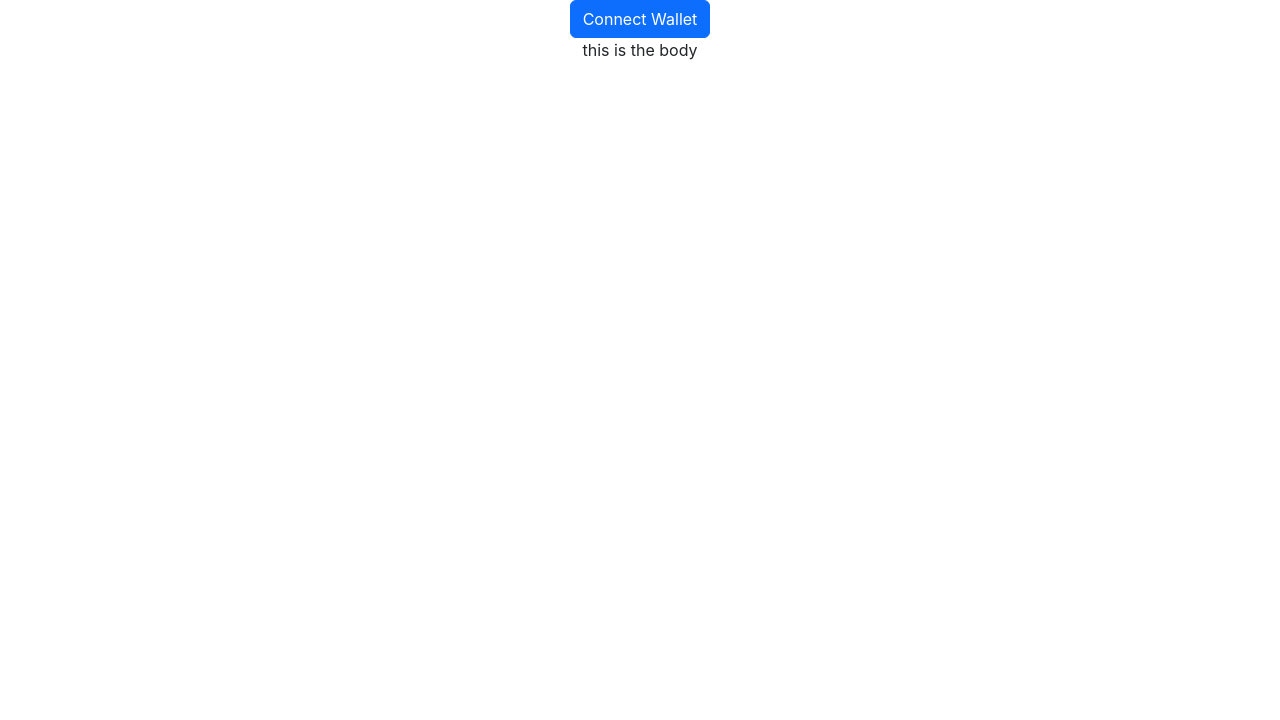
Repository: EyanIngles/AR
Page: /
The author's editor kept a copy of each file at every save. The page is drawn from the files as they stood at one save, then again after the next save.
The browser window is 1280 px wide. The pictures show the whole page.
The project was rebuilt for these pictures with package versions that can differ from the ones it lists, and the page was loaded fresh each time.

Above is the page before, as saved 2024-05-29 12:35:10.

### src/index.js
import React from 'react';
import ReactDOM from 'react-dom/client';
import 'bootstrap/dist/css/bootstrap.css'
import './index.css';
import App from './App';
import reportWebVitals from './reportWebVitals';
import { Provider } from 'react-redux'
import store from './store/store'

const root = ReactDOM.createRoot(document.getElementById('root'));
root.render(
  <Provider store={store}>
  <React.StrictMode>
    <App />
  </React.StrictMode>
  </Provider>
);

// If you want to start measuring performance in your app, pass a function
// to log results (for example: reportWebVitals(console.log))
// or send to an analytics endpoint. Learn more: https://bit.ly/CRA-vitals
reportWebVitals();

### src/App.js
import './App.css';
import { loadProvider, loadNetwork, loadAccount } from './store/reducers/interactions'
import { useDispatch, useSelector } from 'react-redux';
import { useState, useEffect } from 'react';
import { Button } from 'react-bootstrap'

function App() {
  // declaring dispatch
const dispatch = useDispatch();
const account = useSelector(state => state.provider.account)
const provider = useSelector(state => state.provider.connection)
const chainId = useSelector(state => state.provider.chainId)
// use State statments
const [loadingBlockchain, setLoadingBlockchain] = useState(false)

const loadBlockchain = async () => {
  if (loadBlockchain) {
    try{
      // changing the state of the loading statment to true as in it is loading.
      setLoadingBlockchain(true)
      // load provider
      loadProvider(dispatch)
      // load accounts
      await loadAccount(dispatch)
      // load chain id
      await loadNetwork(provider, dispatch)
      console.log('loading')
      console.log(chainId)
      // once all the blockchain has finished loading, set to loading blockchain to false
      setLoadingBlockchain(true)
    } catch (error) {
      console.log("error loading blockchain", error)
    }
  }
}
useEffect(() => {
  if(!loadingBlockchain || account == null) {
    try{
      loadBlockchain()
    } catch (error) {
      window.alert('error loading blockchain ', error)
    }
  }
},[loadingBlockchain, account])

  return (
    <div className="App">
      { !account == null ?(
      <>
        <Button onClick={loadBlockchain}>connect provider</Button>
        <header className="App-header">
        <h1 className='h1'>This is the header</h1>
        <h5>buttons here</h5>
        </header>
      </>
      ) : (
        <><Button onClick={loadBlockchain}>Connect Wallet</Button></>
      )}
      <div>
        <p>this is the body</p>
      </div>
    </div>
  );
}

export default App;

### src/store/store.js
import { configureStore } from "@reduxjs/toolkit";
import provider from './reducers/provider'

export default configureStore({
    reducer: {
        provider,
    },
    middleware: getDefaultMiddleware =>
    getDefaultMiddleware({
    serializableCheck: false
    })
})

### src/App.css
.App {
  text-align: center;
}

.App-logo {
  height: 40vmin;
  pointer-events: none;
}

@media (prefers-reduced-motion: no-preference) {
  .App-logo {
    animation: App-logo-spin infinite 20s linear;
  }
}

.App-header {
  background-color: #282c34;
  min-height: 100vh;
  display: flex;
  flex-direction: column;
  align-items: center;
  justify-content: center;
  font-size: calc(10px + 2vmin);
  color: white;
}

.App-link {
  color: #f2e47b;
}

@keyframes App-logo-spin {
  from {
    transform: rotate(0deg);
  }
  to {
    transform: rotate(360deg);
  }
}

### src/store/reducers/interactions.js
import React from 'react'
import { ethers } from 'ethers'
import { setProvider, setNetwork, setAccount } from '../reducers/provider'

// load provider
export const loadProvider = (dispatch) => {
    try{
        const provider = new ethers.BrowserProvider(window.ethereum)
        dispatch(setProvider(provider))
        return provider;
        } catch(err) {
            window.alert('provider unable to be located')
}}
// load account
export const loadNetwork = async (provider, dispatch) => {
    const chainId = await provider.getNetwork()
    dispatch(setNetwork(chainId))
    return chainId;
}
// load account
export const loadAccount = async (dispatch) => {
    //connecting to meta mask with a try and catch to catch an error if metamask if not installed
if(typeof window.ethereum !== 'undefined') {
    try{
        const accounts = await window.ethereum.request({ method: 'eth_requestAccounts' });
        const account = accounts[0];
        dispatch(setAccount(account));

        return account;
    } catch(err) {
        window.alert('Metamask unable to be located. Please install metamask and try again.')
        const deadAccount = ''
        dispatch(setAccount(deadAccount));
    }
}}

### src/store/reducers/provider.js
import { createSlice } from '@reduxjs/toolkit';

export const provider = createSlice({
    name: 'provider',
    initialState: {
        connection: null,
        chainId: null,
        account: null
    },
    reducers: {
        setProvider: (state, action) => {
            state.connection = action.payload
        },
        setNetwork: (state, action) => {
            state.chainId = action.payload
        },
        setAccount: (state, action) => {
            state.account = action.payload
        },
    }
})

export const { setNetwork, setAccount, setProvider } = provider.actions;

export default provider.reducer;

Loaded but not shown: public/index.html (common file); src/index.css (common file); src/reportWebVitals.js (common file)

After the next save:
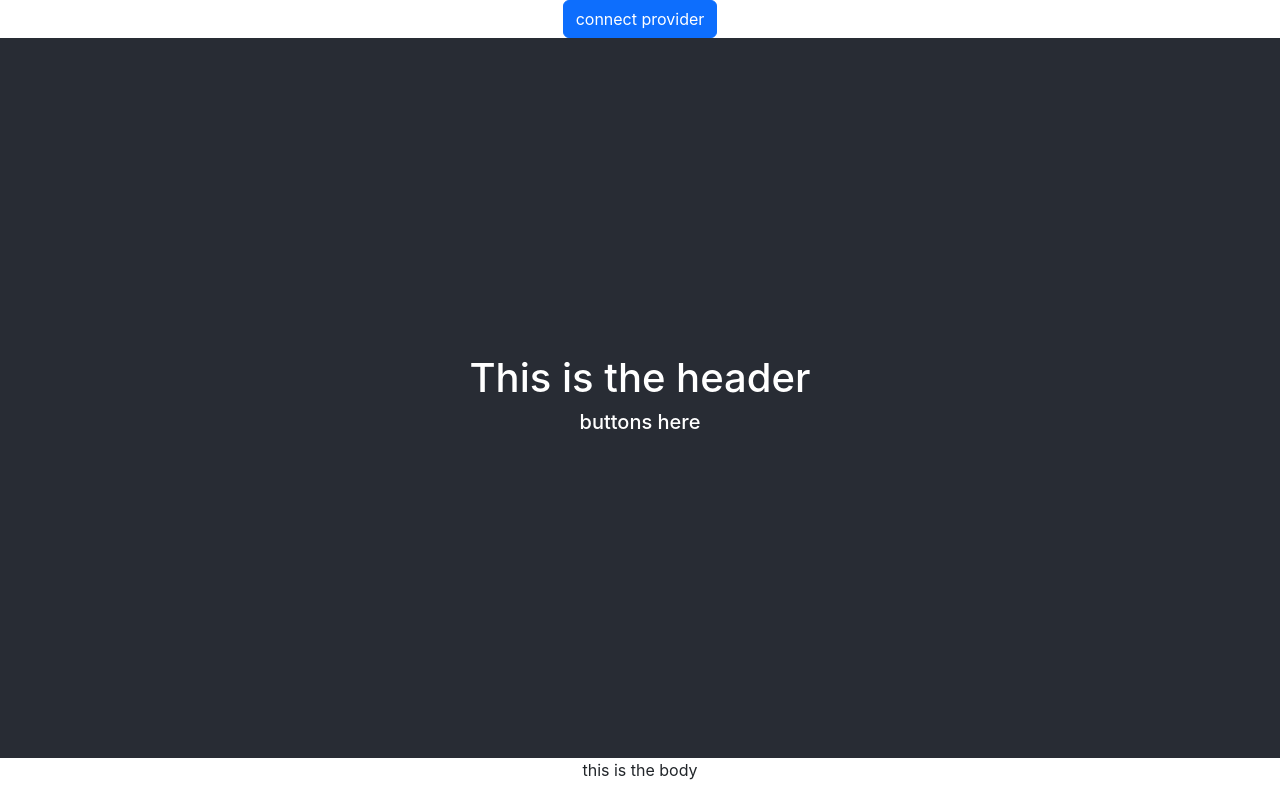
Saved 10 s later.
--- a/src/App.js
+++ b/src/App.js
@@ -45,7 +45,7 @@
 
   return (
     <div className="App">
-      { !account == null ?(
+      { account == null ?(
       <>
         <Button onClick={loadBlockchain}>connect provider</Button>
         <header className="App-header">

After the save that followed:
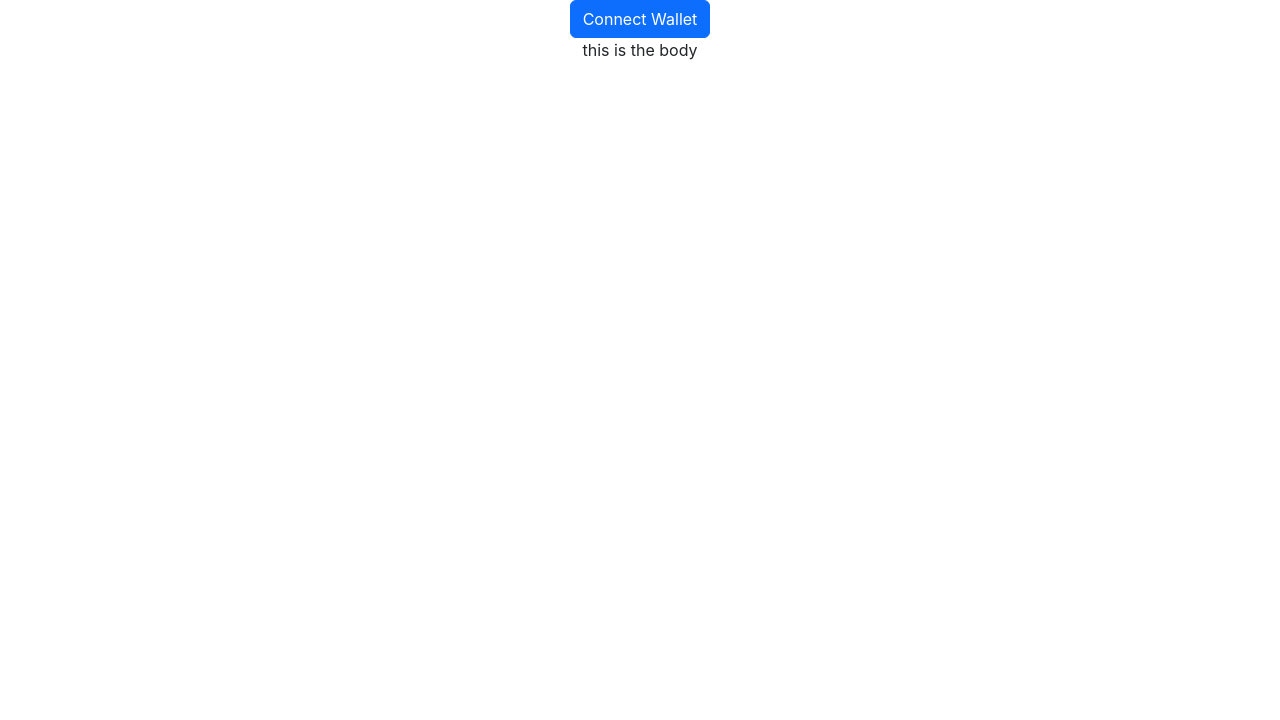
Saved 13 s later.
--- a/src/App.js
+++ b/src/App.js
@@ -45,7 +45,7 @@
 
   return (
     <div className="App">
-      { account == null ?(
+      { account == 0 ?(
       <>
         <Button onClick={loadBlockchain}>connect provider</Button>
         <header className="App-header">
